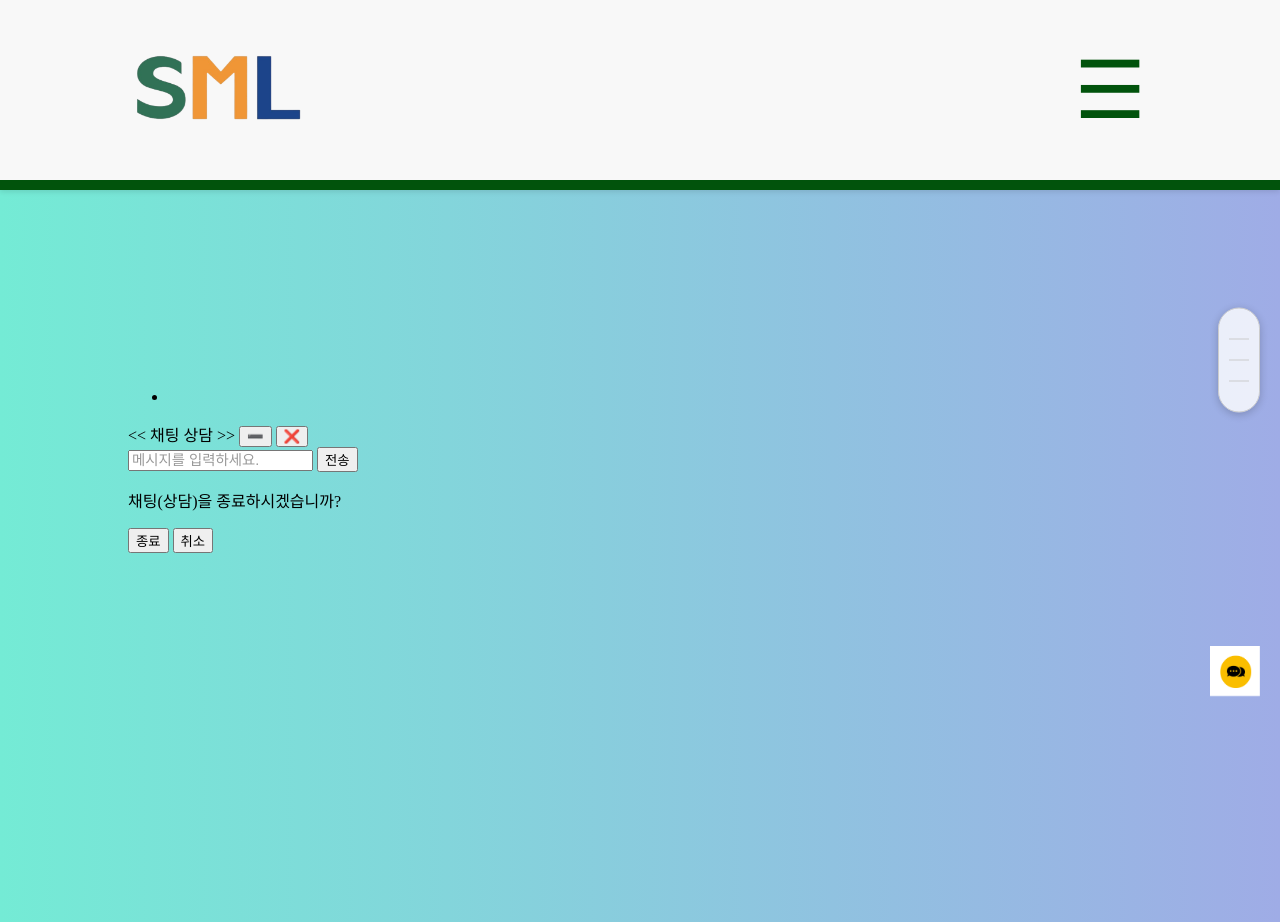
Repository: SML-SpringInMyLife/SML
Page: http://localhost/SML/WEB-INF/views/admin/talk.jsp
These files come from the project's save history. The page is drawn as it stood at one moment and after the next save; the edit follows.
The browser window is 1280 px wide. The pictures show the whole page.
Some icons come from a web library that is not loaded, so they are not drawn. Some web fonts or font styles are not loaded; a fallback is used. The page is served by Tomcat 9. Nobody is signed in. Other server files are loaded and not shown. The template is opened directly, without the code that normally fills it, so the values that code supplies are empty.

Above is the page before, as saved 2024-07-30 03:59:18.
Console error: SyntaxError: Identifier 'hamburger' has already been declared

### SML/src/main/webapp/WEB-INF/views/admin/talk.jsp
<%@ page language="java" contentType="text/html; charset=UTF-8"
	pageEncoding="UTF-8"%>
<%@ taglib uri="http://java.sun.com/jsp/jstl/core" prefix="c"%>
<!DOCTYPE html>
<html lang="ko">
<head>
<meta charset="UTF-8">
<meta name="viewport" content="width=device-width, initial-scale=1.0">
<title>Header</title>

<!-- 공통 스타일 시트 -->
<link rel="stylesheet"
	href="${webappRoot}/resources/css/common/common.css">
<!-- 채팅 스타일 시트 -->
<link rel="stylesheet" type="text/css"
	href="${webappRoot}/resources/css/talk.css">
<!-- 아이콘 -->
<link rel='stylesheet'
	href='https://cdn-uicons.flaticon.com/2.5.1/uicons-bold-rounded/css/uicons-bold-rounded.css'>
<script src="https://code.jquery.com/jquery-3.6.0.min.js"></script>
<script
	src="https://ajax.googleapis.com/ajax/libs/jquery/3.5.1/jquery.min.js"></script>
<script type="text/javascript">
	function play() {
		var audio = document.getElementById('audio_play');
		if (audio.paused) {
			audio.play();
		} else {
			audio.pause();
			audio.currentTime = 0;
		}
	}
</script>
</head>
<body>
	<!-- 헤더 영역 포함 -->
	<jsp:include page="/WEB-INF/views/common/header.jsp" />

	<!-- 해당 페이지의 메인내용을 여기에 작성하세요. -->
	<main>

		<!-- 채팅 아이콘 -->
		<div class="chatIcon font_jua">
			<img src="${webappRoot}/resources/images/chat-icon.png"
				class="iconImg" alt="Chat Icon">
		</div>

		<!-- 채팅창 -->
		<div class="chatContainer display-none">
			<div class="chatTop">
				<div class="floatLeft" id="loginOn">
					<img class="profile_img" id="setPic" alt="Profile Picture">
				</div>
				<div class="name_container font_noto" id="setName"></div>
				<div class="floatRight">
					<img src="${webappRoot}/resources/img/chat-close.png"
						class="btnImg close" alt="Close">
				</div>
				<div class="floatRight">
					<img src="${webappRoot}/resources/img/chat-minus.png"
						class="btnImg down" alt="Minimize">
				</div>
			</div>
			<div class="chatMiddle">
				<ul></ul>
			</div>
			<div class="chatBottom">
				<textarea placeholder="메세지를 입력해 주세요."></textarea>
			</div>
		</div>

		<!-- 포맷용 채팅 목록 -->
		<div class="chatMiddle format">
			<ul>
				<li>
					<div class="sender">
						<span></span>
					</div>
					<div class="message">
						<span></span>
					</div>
				</li>
			</ul>
		</div>

		<!-- 채팅 리스트 -->
		<div class="chatListContainer font_jua display-none">
			<div class="chatTop">
				<div style="padding: 10px; margin-left: 4px;">상담 리스트</div>
			</div>
			<div class="chatList"></div>
		</div>

		<!-- 채팅 팝업 설정 -->
		<div id="chat-container" class="hidden">
			<div id="chat-header">
				<span><< 채팅 상담 >></span>
				<button onclick="minimizeChat()">➖</button>
				<!-- 최소화 버튼 -->
				<button onclick="closeChat()">❌</button>
			</div>
			<div id="chat-box"></div>
			<div id="chat-input">
				<input type="text" id="message-input" placeholder="메시지를 입력하세요.">
				<button onclick="sendMessage()">전송</button>
			</div>
		</div>

		<div id="close-chat-modal" class="modal hidden">
			<div class="modal-content">
				<p>채팅(상담)을 종료하시겠습니까?</p>
				<button onclick="confirmCloseChat()">종료</button>
				<button onclick="cancelCloseChat()">취소</button>
			</div>
		</div>
	</main>
	<!-- 자바스크립트 코드 -->
	  <script>
        // 채팅 아이콘 클릭 시 채팅창 표시/숨기기
        $(document).on("click", ".chatIcon", function() {
            if ($('.chatContainer').hasClass("display-none")) {
                $('.chatListContainer').toggleClass('display-none');
            } else {
                $('.chatContainer').toggleClass('display-none');
                websocket.close();
            }
            if (!$('.chatListContainer').hasClass('display-none')) {
                getRoomList();
            }
        });

        // 채팅창 닫기 버튼 클릭 시 채팅창 숨기기
        $(document).on("click", "img.close", function() {
            $('.chatContainer').toggleClass('display-none');
            websocket.close();
        });

        // 채팅창 최소화 버튼 클릭 시 채팅창과 리스트 숨기기
        $(document).on("click", "img.down", function() {
            $('.chatContainer').toggleClass('display-none');
            $('.chatListContainer').toggleClass('display-none');
            websocket.close();
        });
        <%--
        // 전체 읽지 않은 메시지 수
        let countAll = 0;

        // 채팅방 리스트 가져오기
        function getRoomList() {
            $.ajax({
                url: "chatRoomList.do",
                data: { userEmail: "${sessionScope.member.memEmail}" },
                dataType: "json",
                async: false,
                success: function(data) {
                    let loginList = "";

                    $.ajax({
                        url: "chatSession.do",
                        data: {},
                        async: false,
                        dataType: "json",
                        success: function(data) {
                            for (var i = 0; i < data.length; i++) {
                                loginList += data[i];
                            }
                        }
                    });

                    $chatWrap = $(".chatList");
                    $chatWrap.html("");

                    if (data.length > 0) {
                        countAll = 0;
                        for (var i in data) {
                            let $div, $img, $divs, $span;

                            if (data[i].userEmail == "${sessionScope.member.memEmail}") {
                                if (loginList.indexOf(data[i].masterEmail) != -1) {
                                    $div = $("<div class='chatList_box enterRoomList'>").attr("id", data[i].roomId).attr("email", data[i].masterEmail);
                                } else {
                                    $div = $("<div class='chatList_box2 enterRoomList'>").attr("id", data[i].roomId).attr("email", data[i].masterEmail);
                                }
                                $img = $("<img class='profile_img'>").attr("src", "${webappRoot}/resources/masterImg/" + data[i].masterPic);
                                $divs = $("<div class='userNameId'>").text(data[i].masterName);
                            } else {
                                if (loginList.indexOf(data[i].userEmail) != -1) {
                                    $div = $("<div class='chatList_box enterRoomList'>").attr("id", data[i].roomId).attr("email", data[i].userEmail);
                                } else {
                                    $div = $("<div class='chatList_box2 enterRoomList'>").attr("id", data[i].roomId).attr("email", data[i].userEmail);
                                }
                                $img = $("<img class='profile_img'>").attr("src", "${webappRoot}/resources/img/" + data[i].userPic);
                                $divs = $("<div class='userNameId'>").text(data[i].userName);
                            }

                            if (data[i].unReadCount != 0) {
                                $span = $("<span class='notRead'>").text(data[i].unReadCount);
                            } else {
                                $span = $("<span>");
                            }

                            $div.append($img);
                            $div.append($divs);
                            $div.append($span);

                            $chatWrap.append($div);

                            countAll += parseInt(data[i].unReadCount);
                        }
                    }
                }
            });
        }

        // 페이지 로드 시 채팅 리스트 주기적으로 업데이트
        $(window).on('load', function() {
            setInterval(function() {
                getRoomList();
                if (countAll != 0) {
                    $('.chatIcon').addClass('iconBlink');
                    play();
                } else {
                    $('.chatIcon').removeClass('iconBlink');
                }
            }, 2000);
        });

        // 엔터키로 메시지 전송
        $(document).on('keydown', 'div.chatBottom textarea', function(e) {
            if (e.keyCode == 13 && !e.shiftKey) {
                e.preventDefault();
                const message = $(this).val();

                if (message.replace(/\s|  /gi, "").length == 0) {
                    return false;
                }

                sendMessage(message);
                clearTextarea();
            }
        });

        function enterRoom(obj) {
            $('div.chatMiddle:not(.format) ul').html("");
            roomId = obj.getAttribute("id");

            $.ajax({
                url: roomId + ".do",
                data: { userEmail: "${sessionScope.member.memEmail}" },
                async: false,
                dataType: "json",
                success: function(data) {
                    for (var i = 0; i < data.length; i++) {
                        CheckLR(data[i]);
                    }
                }
            });

            connect();
        }

        $(document).on("click", ".enterRoomList", function() {
            $(".chatContainer").toggleClass("display-none");
            $(this).parent().parent().toggleClass("display-none");
            $("#setName").html($(this).children('div').html());
            $("#setPic").attr("src", $(this).children('img').attr('src'));
            $('div.chatMiddle').scrollTop($('div.chatMiddle').prop('scrollHeight'));

            if ($(this).hasClass('chatList_box')) {
                $('#loginOn').addClass('profile_img_Container');
            } else {
                $('#loginOn').removeClass('profile_img_Container');
            }
        });

        let websocket;

        function connect() {
            var wsUri = "ws://${pageContext.request.serverName}:${pageContext.request.serverPort}${pageContext.request.contextPath}/websocket/echo.do";
            websocket = new WebSocket(wsUri);
            websocket.onopen = onOpen;
            websocket.onmessage = onMessage;
        }

        function onOpen() {
            const data = {
                "roomId": roomId,
                "name": "${sessionScope.member.memName}",
                "email": "${sessionScope.member.memEmail}",
                "message": "ENTER-CHAT"
            };
            let jsonData = JSON.stringify(data);
            websocket.send(jsonData);
        }

        function sendMessage(message) {
            const data = {
                "roomId": roomId,
                "name": "${sessionScope.member.memName}",
                "email": "${sessionScope.member.memEmail}",
                "message": message
            };

            CheckLR(data);

            let jsonData = JSON.stringify(data);
            websocket.send(jsonData);
        }

        function onMessage(evt) {
            let receive = evt.data.split(",");

            const data = {
                "name": receive[0],
                "email": receive[1],
                "message": receive[2]
            };

            if (data.email != "${sessionScope.member.memEmail}") {
                CheckLR(data);
            }
        }

        function CheckLR(data) {
            const LR = (data.email != "${sessionScope.member.memEmail}") ? "left" : "right";
            appendMessageTag(LR, data.email, data.message, data.name);
        }

        function appendMessageTag(LR_className, email, message, name) {
            const chatLi = createMessageTag(LR_className, email, message, name);
            $('div.chatMiddle:not(.format) ul').append(chatLi);
            $('div.chatMiddle').scrollTop($('div.chatMiddle').prop('scrollHeight'));
        }

        function createMessageTag(LR_className, email, message, name) {
            let chatLi = $('div.chatMiddle.format ul li').clone();
            chatLi.addClass(LR_className);
            chatLi.find('.sender span').text(name);
            chatLi.find('.message span').text(message);
            return chatLi;
        }

        function clearTextarea() {
            $('div.chatBottom textarea').val('');
            return false;
        }--%>
    </script>
    <audio id='audio_play' src='${webappRoot}/resources/new-message.mp3'></audio>
    <script src="${webappRoot}/resources/js/common.js"></script>
</body>
</html>

### SML/src/main/webapp/resources/css/common/common.css
@charset "UTF-8";

/* 전체 기본 폰트 설정 */
@font-face {
	font-family: 'WAGURITTF';
	src:
		url('https://fastly.jsdelivr.net/gh/projectnoonnu/2403@1.0/WAGURITTF.woff2')
		format('woff2');
	font-weight: normal;
	font-style: normal;
}

body {
	margin: 0;
	padding: 0;
	box-sizing: border-box;
}

/* 헤더(네비게이션) 영역 */
header {
	font-family: 'WAGURITTF';
	width: 100%;
	height: 180px;
	background-color: #f8f8f8;
	display: flex;
	justify-content: center;
	align-items: center;
	position: fixed; /* 위치 고정 */
	top: 0; /* 화면 상단에 위치 */
	z-index: 1000;
	box-shadow: 0 2px 5px rgba(0, 0, 0, 0.1);
	border-bottom: 10px solid #01530c;
}

.container {
	width: 80%;
	max-width: 1240px;
	display: flex;
	justify-content: space-between;
	align-items: center;
	position: relative; /* 상대적 위치 설정 (모바일 메뉴 조정용) */
}

.logo {
	width: 180px;
	height: auto;
}

.main-menu ul, .auth-menu ul {
	list-style: none;
	padding: 0;
	margin: 0;
	display: flex;
}

.main-menu li {
	margin-right: 50px;
}

.main-menu li:hover, .auth-menu li:hover, .mobile-menu li:hover {
	font-weight: 900;
}

.auth-menu li {
	margin-left: 20px;
}

.auth-menu {
	display: flex;
	align-items: right;
	position: relative; /* 상대적 위치 설정 (햄버거 메뉴 조정용) */
}

a {
	text-decoration: none;
	color: #01530c;
	font-size: 1.5em;
}

.hamburger-container {
	position: relative;
}

.hamburger {
	display: none;
	background: none;
	border: none;
	font-size: 80px; /* 폰트 크기 설정 (햄버거 아이콘 크기) */
	cursor: pointer; /* 클릭 가능한 커서 설정 */
	margin-left: 20px;
	color: #01530c;
}

.mobile-menu {
	display: none;
	position: absolute;
	top: calc(100% + 5px); /* 버튼 아래에 약간의 여백 추가 */
	right: 0; /* 버튼 오른쪽 끝에 위치 */
	width: 150px;
	background-color: #f8f8f8;
	box-shadow: 0 2px 5px rgba(0, 0, 0, 0.1);
	z-index: 999; /* 햄버거 버튼보다 뒤에 위치하도록 설정 */
	border: 1px solid #ddd;
}

.mobile-menu ul {
	list-style: none;
	padding: 20px;
	margin: 0;
}

.mobile-menu li {
	margin-bottom: 10px;
}

/* 화면 너비가 1400px 이하일 때, 네비게이션 메뉴 비활성화, 햄버거 버튼 및 메뉴 팝업 활성화 */
@media ( max-width : 1400px) {
	.main-menu, .auth-menu {
		display: none; /* 메인 메뉴와 인증 메뉴 숨기기 */
	}
	.hamburger {
		display: block; /* 햄버거 버튼 표시 */
	}
}

.main-container {
	position: relative; /* 상대적 위치 설정 */
	height: 100vh; /* 전체 뷰포트 높이 */
	margin-top: 190px; /* 헤더 높이만큼 여백 추가 */
	background-image: url('/resources/images/mainPage.jpg');
	background-repeat: no-repeat;
	background-size: cover;
	background-position: center;
	display: flex;
	justify-content: center;
	align-items: center;
	overflow: hidden; /* 컨테이너의 오버플로우 방지 */
}

.main-container::before {
	content: ""; /* 가상 요소에 내용 없음 */
	position: absolute; /* 절대 위치 설정 */
	top: 0;
	left: 0;
	right: 0;
	bottom: 0;
	background: rgba(0, 0, 0, 0.5); /* 50% 투명도의 검정색 오버레이 */
	pointer-events: none; /* 오버레이 아래의 요소와 상호작용 가능 */
	z-index: 1; /* 텍스트 위에 위치하도록 설정 */
}

.main-text {
	position: relative; /* 오버레이 위에 위치하도록 설정 */
	z-index: 2;
	color: white; /* 흰색 텍스트 색상 */
	font-size: 3em;
	text-align: center; /* 텍스트 수평 중앙 정렬 */
	line-height: 1.2; /* 텍스트 가독성을 위한 줄 높이 조정 */
}

/* 퀵 메뉴 */
#quick-menu {
	position: fixed;
    right: 20px;
    top: 50%;
    transform: translateY(-50%);
    display: flex;
    flex-direction: column;
    gap: 0;
    background: rgba(255, 255, 255, 0.8);
    border: 1px solid #ccc;
    border-radius: 50px;
    box-shadow: 0 2px 8px rgba(0, 0, 0, 0.2);
    padding: 10px;
	z-index:1000;
}

#quick-menu button {
    padding: 10px;
    font-size: 32px;
    cursor: pointer;
    background: transparent;
    border: none;
    border-bottom: 1px solid #ccc;
}

#quick-menu button:last-child {
    border-bottom: none;
}

#quick-menu button:hover {
    background-color: rgba(0, 0, 0, 0.1);
}


/* 페이지 본문 전체 영역 */
main {
	width: 80%;
	max-width: 1240px;
	margin: 0 auto;
	margin-top: 190px;
	padding-top: 50px;
	flex: 1;
	min-height: 550px;
}

/* 푸터 영역 */
footer {
	margin: 0;
	width: 100%;
	height: 130px;
	background-color: #e5e5e5;
	box-shadow: 0 -2px 5px rgba(0, 0, 0, 0.1);
	padding: 20px 0;
	position: relative;
}

.footer-container {
	width: 80%;
	max-width: 1240px;
	display: flex;
	justify-content: space-between;
	align-items: center;
	margin: 0 auto;
}

.footer-left {
	display: flex;
	align-items: center;
}

.footer-logo {
	width: 100px;
	height: auto;
	margin-right: 20px;
}

.footer-menu ul {
	list-style: none;
	padding: 0;
	margin: 0;
	display: flex;
}

.footer-menu li {
	margin-right: 20px;
}

.footer-menu li:last-child {
	margin-right: 0;
}

.footer-menu a {
	text-decoration: none;
	color: #01530c;
	font-size: 16px;
}

.footer-left p {
	color: #01530c;
	font-size: 16px;
}

/* 반응형 디자인: 화면 너비가 1400px 이하일 때 */
@media ( max-width : 1400px) {
	.footer-container {
		flex-direction: column; /* 열 방향으로 레이아웃 설정 */
		align-items: flex-start; /* 왼쪽 정렬 */
	}
	.footer-menu ul {
		flex-direction: column;
		align-items: flex-start;
	}
	.footer-menu li {
		margin-bottom: 10px;
	}
	.footer-menu li:last-child {
		margin-bottom: 0;
	}
}

### SML/src/main/webapp/resources/css/admin/talk.css
/*
*
* ==========================================
* FOR DEMO PURPOSES
* ==========================================
*
*/
body {
  background-color: #74EBD5;
  background-image: linear-gradient(90deg, #74EBD5 0%, #9FACE6 100%);
  min-height: 100vh;
}

#loginContainer {
  text-align: center;
}

::-webkit-scrollbar {
  width: 5px;
}

::-webkit-scrollbar-track {
  background: #f5f5f5;
}

::-webkit-scrollbar-thumb {
  background-color: #ddd;
  border-radius: 1rem;
}

.text-small {
  font-size: 0.9rem;
}

.messages-box,
.chat-box {
  height: 510px;
  overflow-y: scroll;
}

.rounded-lg {
  border-radius: 0.5rem;
}

input::placeholder {
  font-size: 0.9rem;
  color: #999;
}

.aop:hover {
  cursor: pointer;
}

.temp {
  color: red !important;
}

.divTest {
  border: 1px solid black;
}

/* Chat icon blinking effect */
.iconBlink {
  animation: blink 1s infinite;
}

@keyframes blink {
  0% { opacity: 1; }
  50% { opacity: 0; }
  100% { opacity: 1; }
}

/* Additional styles */
.chatIcon {
  position: fixed;
  bottom: 20px;
  right: 20px;
  cursor: pointer;
}

.iconImg {
  width: 50px;
  height: 50px;
}

/* Display none class */
.display-none {
  display: none;
}

.chatContainer {
  position: fixed;
  bottom: 0;
  right: 0;
  width: 300px;
  height: 500px;
  background-color: white;
  border: 1px solid #ddd;
  border-radius: 0.5rem;
  box-shadow: 0 0 10px rgba(0, 0, 0, 0.1);
}

.chatTop, .chatBottom {
  padding: 10px;
  background-color: #f1f1f1;
}

.chatMiddle {
  height: calc(100% - 80px);
  overflow-y: auto;
}

.chatListContainer {
  position: fixed;
  bottom: 0;
  right: 0;
  width: 300px;
  height: 500px;
  background-color: white;
  border: 1px solid #ddd;
  border-radius: 0.5rem;
  box-shadow: 0 0 10px rgba(0, 0, 0, 0.1);
}

.chatList {
  padding: 10px;
}

/* Chat List Box Styles */
.chatList_box, .chatList_box2 {
  display: flex;
  align-items: center;
  padding: 10px;
  border-bottom: 1px solid #ddd;
  cursor: pointer;
}

.chatList_box2 {
  background-color: #f9f9f9;
}

.profile_img {
  width: 40px;
  height: 40px;
  border-radius: 50%;
  margin-right: 10px;
}

.userNameId {
  flex: 1;
}

.notRead {
  background-color: red;
  color: white;
  padding: 2px 5px;
  border-radius: 50%;
  font-size: 0.8rem;
  margin-left: 10px;
}

.floatLeft, .floatRight {
  float: left;
}

Loaded but not shown: SML/src/main/webapp/resources/js/common.js (34 lines, source omitted); SML/src/main/webapp/WEB-INF/views/common/header.jsp (162 lines, source omitted)

After the next save:
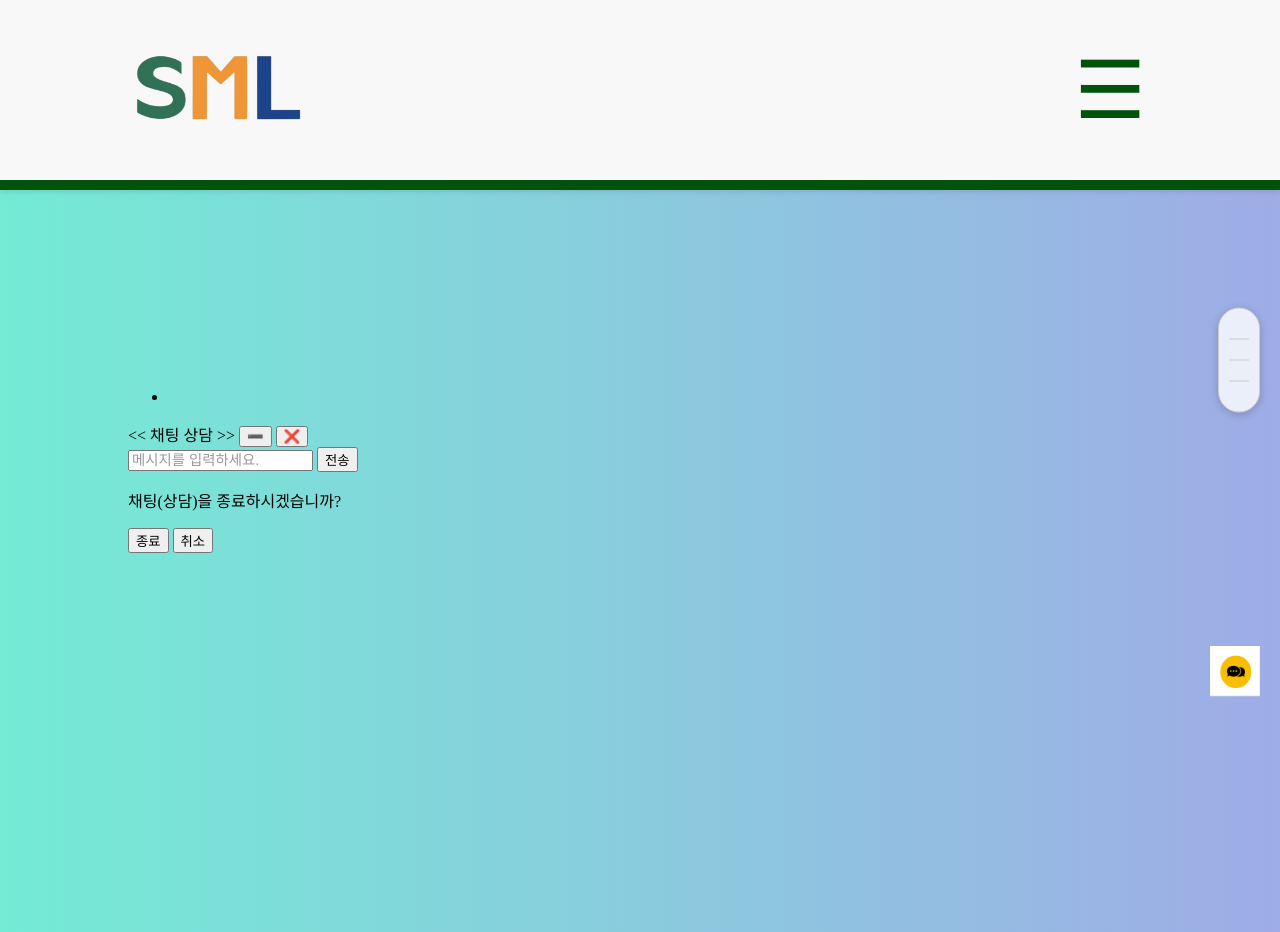
Saved 16 s later.
--- a/SML/src/main/webapp/resources/css/common/common.css
+++ b/SML/src/main/webapp/resources/css/common/common.css
@@ -201,7 +201,7 @@ main {
 	margin-top: 190px;
 	padding-top: 50px;
 	flex: 1;
-	min-height: 550px;
+	min-height: 560px;
 }
 
 /* 푸터 영역 */
